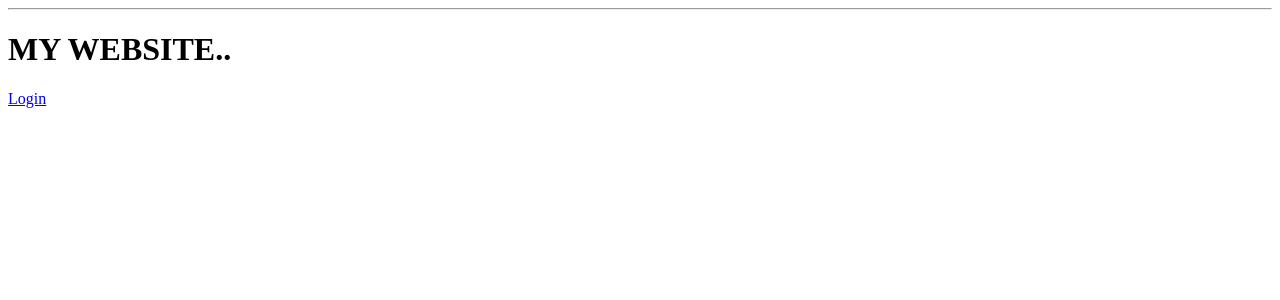
Repository: 164424-RoshanKanwal/All_Assignments
Page: UserValidationProject/WebContent/html/index.html
These files come from the project's save history. The page is drawn as it stood at one moment and after the next save; the edit follows.
The browser window is 1280 px wide. The pictures show the whole page.

Above is the page before, as saved 2018-12-04 10:37:10.

### UserValidationProject/WebContent/html/index.html
<!DOCTYPE html>
<html>
<head>
<meta charset="ISO-8859-1">
<title>Insert title here</title>
</head>
<body>
<hr><h1>MY WEBSITE..</h1>



<a href = "html/login.html"> Login </a>

</body>
</html>

After the next save:
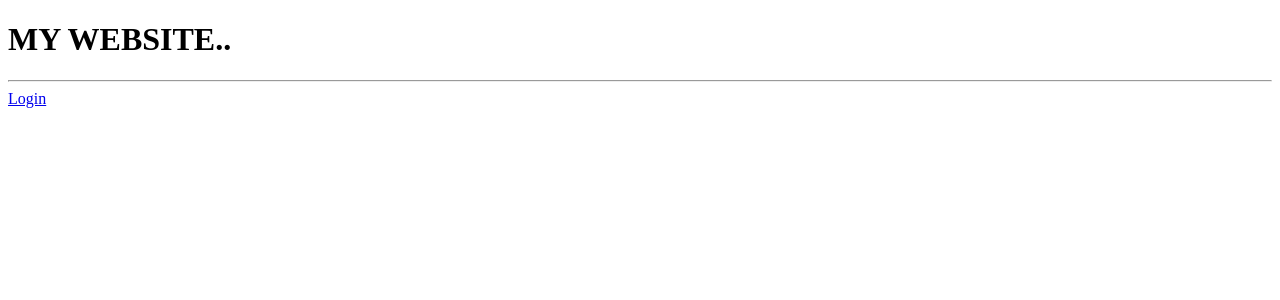
Saved 8 s later.
--- a/UserValidationProject/WebContent/html/index.html
+++ b/UserValidationProject/WebContent/html/index.html
@@ -5,7 +5,7 @@
 <title>Insert title here</title>
 </head>
 <body>
-<hr><h1>MY WEBSITE..</h1>
+<h1>MY WEBSITE..</h1><hr>
 
 
 
